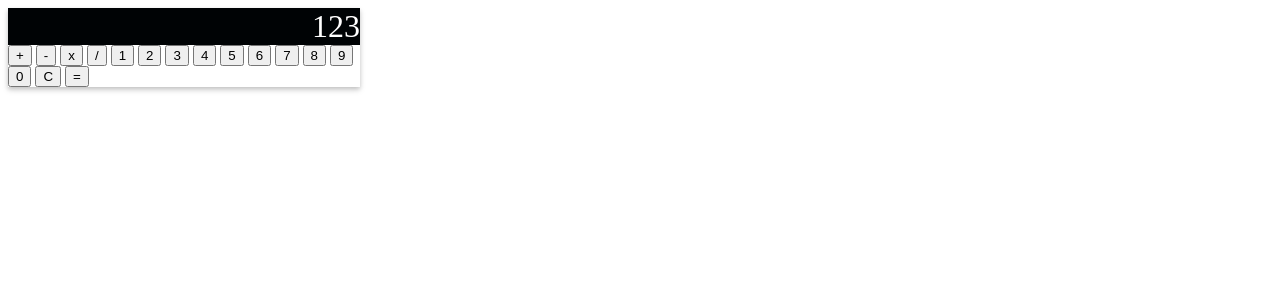
Repository: TEazy2433/LAB-calculator
Page: index.html
These files come from the project's save history. The page is drawn as it stood at one moment and after the next save; the edit follows.
The browser window is 1280 px wide. The pictures show the whole page.

Above is the page before, as saved 2023-10-14 10:11:54.

### index.html
<!DOCTYPE html>
<html lang="en">
<head>
  <meta charset="UTF-8">
  <meta name="viewport" content="width=device-width, initial-scale=1.0">
  <title>calculator</title>
  <link rel="stylesheet" href="main.css">


</head>
<body>
  <div class="calculator">
    <div class="display">123</div>
    <div class="calculator_keys">
      <button class="calculator_key key--operator">+</button>
      <button class="calculator_key key--operator">-</button>
      <button class="calculator_key key--operator">x</button>
      <button class="calculator_key key--operator">/</button>
      <button class="calculator_key">1</button>
      <button class="calculator_key">2</button>
      <button class="calculator_key">3</button>
      <button class="calculator_key">4</button>
      <button class="calculator_key">5</button>
      <button class="calculator_key">6</button>
      <button class="calculator_key">7</button>
      <button class="calculator_key">8</button>
      <button class="calculator_key">9</button>
      <button class="calculator_key">0</button>
      <button class="calculator_key">C</button>
      <button class="calculator_key key--enter">=</button>
    </div>
  </div>

</body>
</html>

### main.css
.calculator{
  overflow: hidden;
  display: flex;
  flex-wrap: wrap;
  max-inline-size: 22rem;
  box-shadow: 0px 3px 6px 0px rgba(0, 0, 0, 0.15), 0px 2px 4px 0px rgba(0, 0, 0, 0.12);
  width: 500px;
}
.display{
  font-size: 2rem;
  text-align: end;
  background: hsl(210, 100%, 1%);
  color: hsl(255, 100%, 100%);
  width: 100%;
}

.calculator_keys{


}
.calculator_key{

}
.key--operator{

}
.key--enter{

}

After the next save:
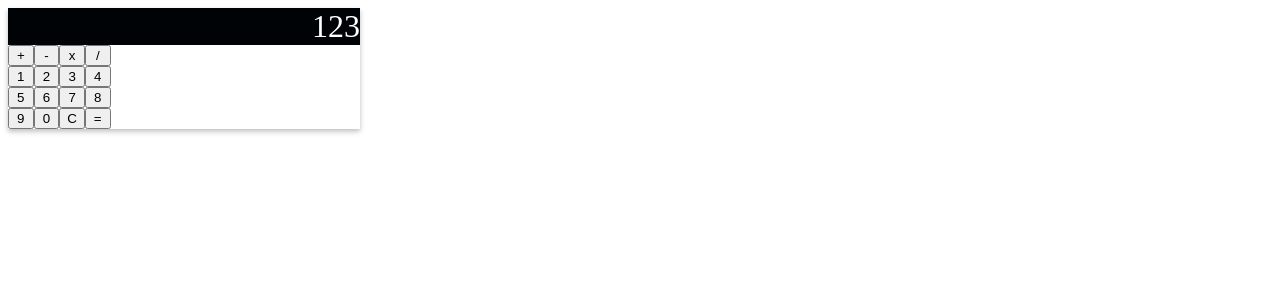
Saved 61 s later.
--- a/main.css
+++ b/main.css
@@ -4,7 +4,6 @@
   flex-wrap: wrap;
   max-inline-size: 22rem;
   box-shadow: 0px 3px 6px 0px rgba(0, 0, 0, 0.15), 0px 2px 4px 0px rgba(0, 0, 0, 0.12);
-  width: 500px;
 }
 .display{
   font-size: 2rem;
@@ -15,8 +14,8 @@
 }
 
 .calculator_keys{
-
-
+  display: grid;
+  grid-template-columns: repeat(4,1fr);
 }
 .calculator_key{
 
